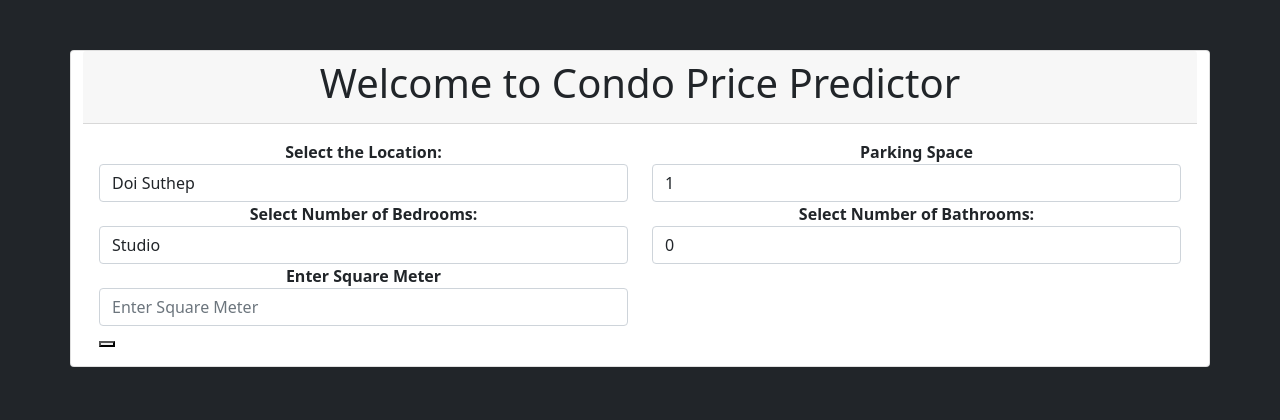
Repository: myothida/condoprice_CNX
Page: http://localhost/
The author's editor kept a copy of each file at every save. The page is drawn from the files as they stood at one save, then again after the next save.
The browser window is 1280 px wide. The pictures show the whole page.
The page is served by the project's application, run on Flask 3 (main.py).

Above is the page before, as saved 2023-09-26 22:08:30.

### templates/index.html
<!DOCTYPE html>
<html lang="en">
  <head>
    <!-- Required meta tags -->
    <meta charset="utf-8" />
    <meta name="viewport" content="width=device-width, initial-scale=1" />

    <!-- Bootstrap CSS -->
    <link
      href="https://cdn.jsdelivr.net/npm/bootstrap@5.0.2/dist/css/bootstrap.min.css"
      rel="stylesheet"
      integrity="sha384-EVSTQN3/azprG1Anm3QDgpJLIm9Nao0Yz1ztcQTwFspd3yD65VohhpuuCOmLASjC"
      crossorigin="anonymous"
    />

    <title>Condo Price Predictor</title>
  </head>
  <body class="bg-dark">
    <div class="container">
      <div class="row">
        <div class="card" style="width: 100%; height: 100%; margin-top: 50px">
          <div class="card-header" style="text-align: center">
            <h1>Welcome to Condo Price Predictor</h1>
          </div>
          <div class="card-body">
            <form method="post" accept-charset="utf-8">
              <div class="row">
                <div class="col-md-6 form-group" style="text-align: center">
                  <label><b> Select the Location: </b> </label>
                  <select
                    class="selectpicker form-control"
                    id="location"
                    name="location"
                    require="1"
                  >
                    <option>Doi Suthep</option>
                    <option>Faham</option>
                    <option>Muang</option>
                    <option>Nimman</option>
                    <option>Chang phueak</option>
                  </select>
                </div>

                <div class="col-md-6 form-group" style="text-align: center">
                  <label><b> Parking Space </b> </label>
                  <select
                    class="selectpicker form-control"
                    id="parking"
                    name="parking"
                    require="1"
                  >
                    <option>1</option>
                    <option>2</option>
                    <option>3</option>
                  </select>
                </div>
                <div class="col-md-6 form-group" style="text-align: center">
                  <label><b> Select Number of Bedrooms: </b> </label>
                  <select
                    class="selectpicker form-control"
                    id="bedrooms"
                    name="bedrooms"
                  >
                    <option>Studio</option>
                    <option>1</option>
                    <option>2</option>
                    <option>3</option>
                  </select>
                </div>
                <div class="col-md-6 form-group" style="text-align: center">
                  <label><b> Select Number of Bathrooms: </b> </label>
                  <select
                    class="selectpicker form-control"
                    id="bathrooms"
                    name="bathrooms"
                  >
                    <option>0</option>
                    <option>1</option>
                    <option>2</option>
                    <option>3</option>
                  </select>
                </div>
                <div class="col-md-6 form-group" style="text-align: center">
                  <label><b> Enter Square Meter </b> </label>
                  <input
                    type="text"
                    class="form-control"
                    id="sqm"
                    name="sqm"
                    placeholder="Enter Square Meter"
                  />
                </div>
                <div class="col-md-12 form-group" style="">
                  <button></button>
                </div>
              </div>
            </form>
          </div>
        </div>
      </div>
    </div>
  </body>
</html>

<!-- Option 2: Separate Popper and Bootstrap JS -->

<script
  src="https://cdn.jsdelivr.net/npm/@popperjs/core@2.9.2/dist/umd/popper.min.js"
  integrity="sha384-IQsoLXl5PILFhosVNubq5LC7Qb9DXgDA9i+tQ8Zj3iwWAwPtgFTxbJ8NT4GN1R8p"
  crossorigin="anonymous"
></script>
<script
  src="https://cdn.jsdelivr.net/npm/bootstrap@5.0.2/dist/js/bootstrap.min.js"
  integrity="sha384-cVKIPhGWiC2Al4u+LWgxfKTRIcfu0JTxR+EQDz/bgldoEyl4H0zUF0QKbrJ0EcQF"
  crossorigin="anonymous"
></script>

### main.py
from flask import Flask, render_template, request

app = Flask(__name__)


@app.route('/')
def index():
    return render_template('index.html')


if __name__ == "__main__":
    app.run(debug=True, port=5001)

After the next save:
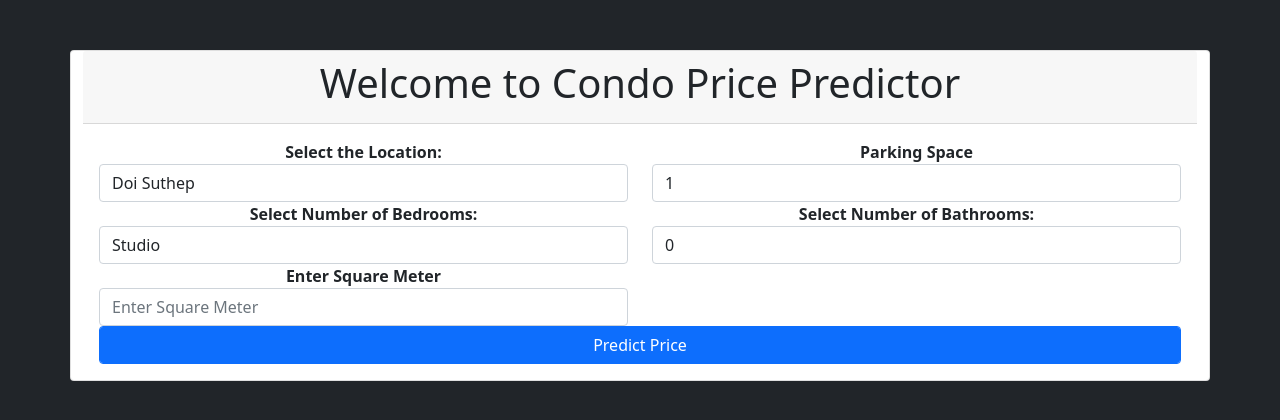
Saved 30 s later.
--- a/templates/index.html
+++ b/templates/index.html
@@ -91,7 +91,12 @@
                   />
                 </div>
                 <div class="col-md-12 form-group" style="">
-                  <button></button>
+                  <button
+                    class="btn btn-primary form-control"
+                    onclick="send_data()"
+                  >
+                    Predict Price
+                  </button>
                 </div>
               </div>
             </form>
